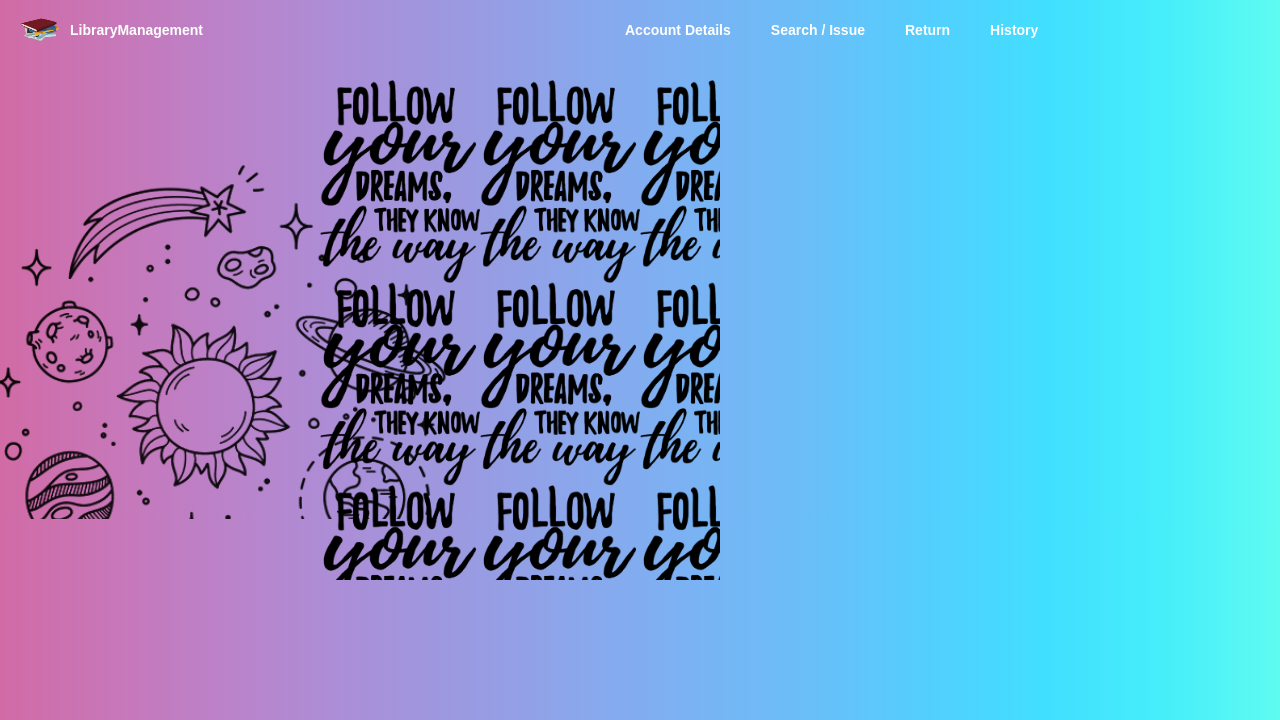
Repository: amitSai12/CMS
Page: http://localhost/LibraryManagementDemo/Menu2.jsp
An editor plug-in stored every save of this project. The page is shown before and after the next save, followed by the edit.
The browser window is 1280 px wide. The pictures show the whole page.
The page is served by Tomcat 9. Other server files are loaded and not shown.

Above is the page before, as saved 2023-10-01 21:15:18.

### Day1_Thu/LibraryManagementDemo/src/main/webapp/Menu2.jsp
<!DOCTYPE html PUBLIC "-//W3C//DTD HTML 4.01 Transitional//EN" "http://www.w3.org/TR/html4/loose.dtd">
<html>
<head>
<meta http-equiv="Content-Type" content="text/html; charset=ISO-8859-1">
<title>User Account Page</title>
<link rel="stylesheet" href="menu2.css">
</head>
<body>


	<div class="logo">
		<img
			src="kisspng-book-clip-art-vector-books-5aa7e41834c997.8769820715209523442162.png"
			alt="Your Logo"> <span class="logo-text">LibraryManagement</span>

	<div class="menu">
		<div class="atwo">
			<a href="AccountDetails.jsp">Account Details</a>
		</div>
		<div class="atwo">
			<a href="Search.jsp">Search / Issue</a>
		</div>
		<div class="atwo">
			<a href="TranBook.jsp">Return</a>
		</div>
		<div class="atwo">
			<a href="History.jsp">History</a>
		</div>
	</div>
	</div>

<div class="imagediv">
	<div class="imagediv2">
	</div>
</div>




</body>
</html>

### Day1_Thu/LibraryManagementDemo/src/main/webapp/menu2.css
body {
    font-family: Arial, sans-serif;
	background-image: linear-gradient(to right, #d16ba5, #c777b9, #ba83ca, #aa8fd8, #9a9ae1, #8aa7ec, #79b3f4, #69bff8, #52cffe, #41dfff, #46eefa, #5ffbf1);
	margin: 0;
    padding: 0;
}


 Add a class to control the overlay opacity */
body.loaded::before {
    opacity: 0; /* Fully transparent to reveal the background */
}
.logo {

    display: flex;
    align-items: center;
    padding: 10px 20px;
    color: white;
    margin-bottom: 20px; /* Adjust margin to create space below the logo */

}

/* Style the logo image */
.logo img {
    width: 40px; /* Adjust the width as needed */
    height: 40px; /* Adjust the height as needed */
    margin-right: 10px; /* Add some spacing between the image and text */
}

/* Style the logo text */
.logo-text {
    font-size: 14px; /* Adjust the font size as needed */
    font-weight: bold; /* Make the text bold */
}

.menu {
	 position: fixed;
    display: flex;
    justify-content: flex-end; /* Move menu to the right top corner */
    padding: 10px 20px; /* Adjust padding as needed */
    border-radius: 31px;
   margin-left: 565px;
}

.menu a {
    text-decoration: none; /* Remove the default underline */
    color: white;
    font-weight: bold;
    padding: 10px 20px;
    border-radius: 5px;
    position: relative; /* Add relative positioning */
    transition: color 0.3s;/* Add transitions for color and background-color */
    font-size: 14px;
}

.menu a-text {
    font-size: 6px; /* Adjust the font size as needed */
    font-weight: bold;
}

.menu a::before {
    content: ""; /* Create an empty pseudo-element */
    position: absolute; /* Set absolute positioning */
    bottom: 0; /* Position it at the bottom */
    left: 10%; /* Align it with the left edge of the link */
    width: 0%; /* Initially, the width is 0% */
    height: 2px; /* Set the height of the underline */
   background-image: linear-gradient(to right, #1b009f, #131d93, #1b2a84, #273273, #323961, #353b57, #393d4d, #3d3e42, #3c3c3f, #3a3a3c, #39393a, #373737); /* Color of the underline */
    transition: width 0.5s ease; /* Add a transition for width */
}

.menu a:hover {
 color:rgb(255, 255, 255);
}

.menu a:hover::before {
    width: 80%; /* Expand the width of the underline on hover */
}



.imagediv {
	margin-left: -80px;
    width: 600px; /* Set the width of the div */
    height: 439px; /* Set the height of the div */
    background-image: url('earth.png'); /* Specify the image URL */

    background-size: cover; /* Adjust how the image fits inside the div */
}
.imagediv2 {
	margin-left: 400px;
	margin-bottom: 40px;
    width: 400px; /* Set the width of the div */
    height: 500px; /* Set the height of the div */

    background-image: url('Daco_4922956	.png'); /* Specify the image URL */
    background-size: 40%; /* Adjust how the image fits inside the div */
}

After the next save:
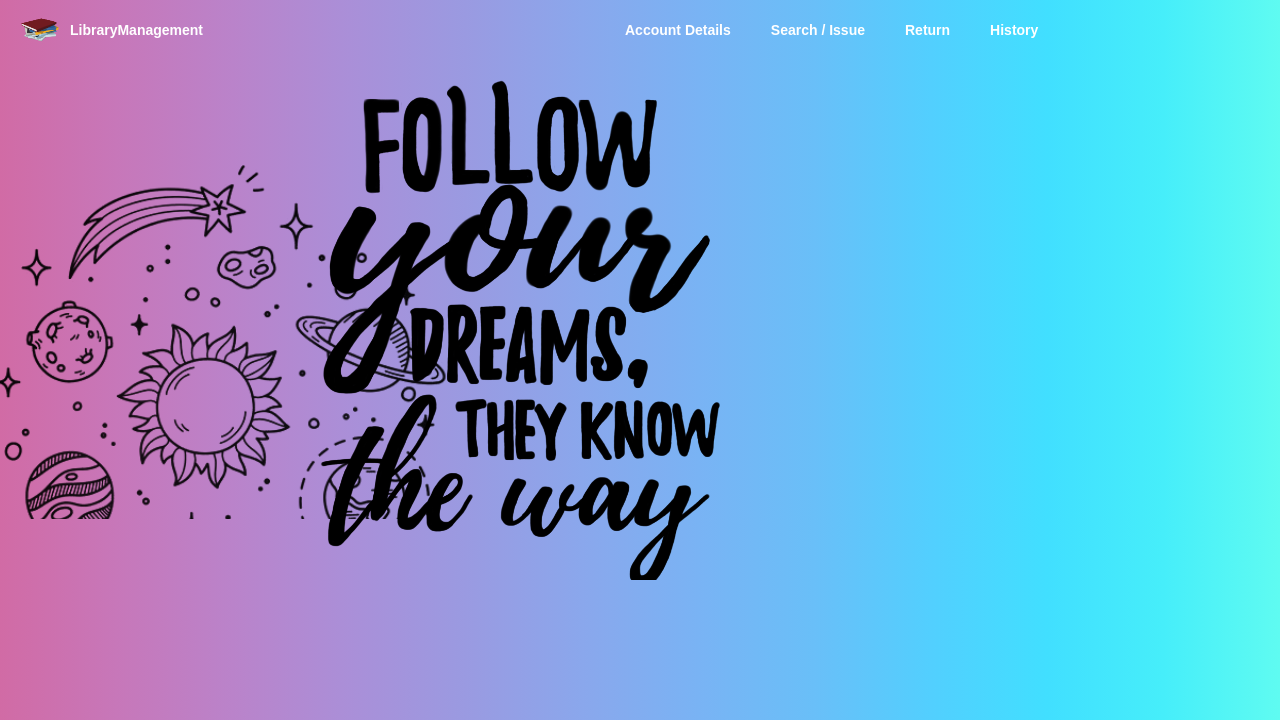
Saved 3 min 47 s later.
--- a/Day1_Thu/LibraryManagementDemo/src/main/webapp/menu2.css
+++ b/Day1_Thu/LibraryManagementDemo/src/main/webapp/menu2.css
@@ -94,5 +94,5 @@ body.loaded::before {
     height: 500px; /* Set the height of the div */
 
     background-image: url('Daco_4922956	.png'); /* Specify the image URL */
-    background-size: 40%; /* Adjust how the image fits inside the div */
+    background-size: cover; /* Adjust how the image fits inside the div */
 }
